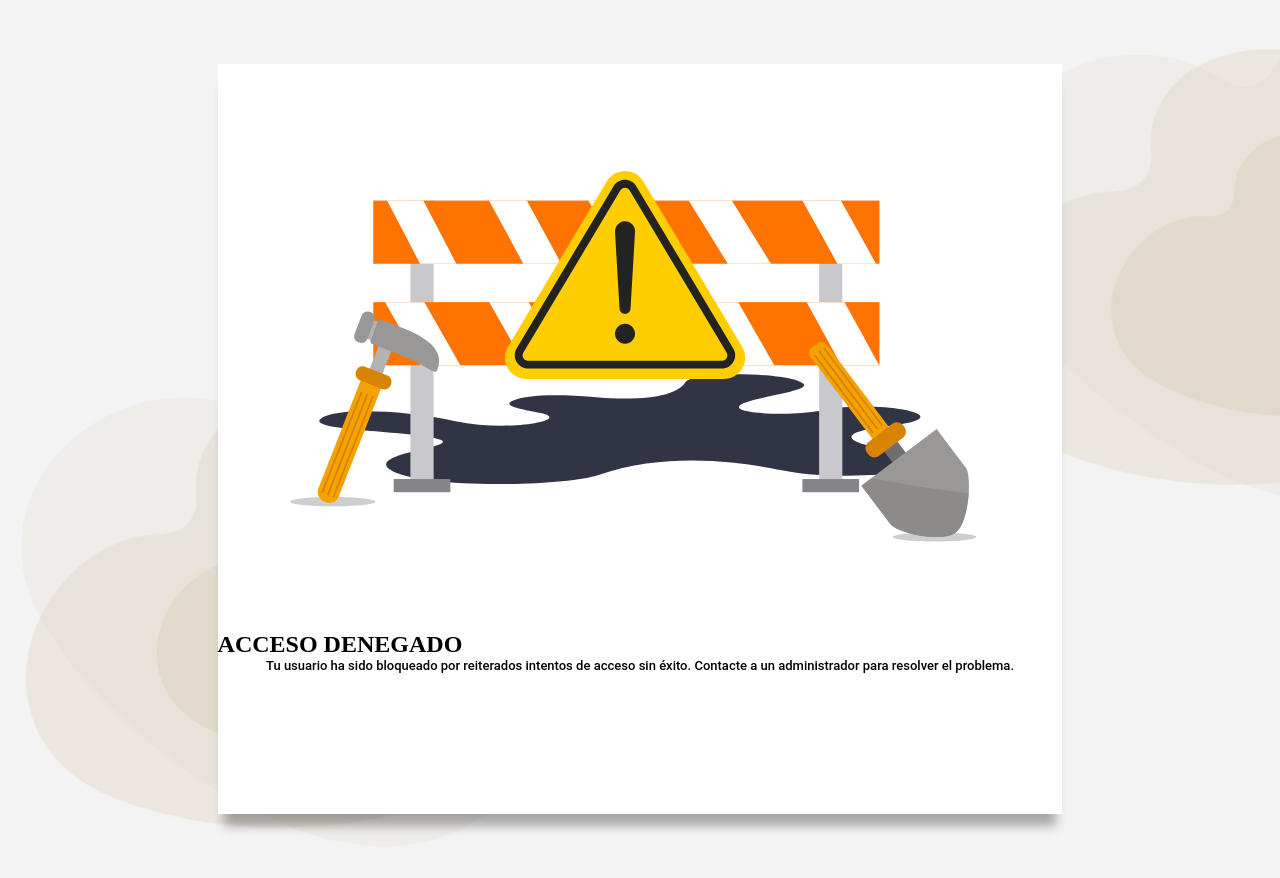
Repository: AlejandraBarrachina23/TPIntegrador_Barrachina_Java
Page: http://localhost/Alejandra_Barrachina_TP_Integrador1/error404.jsp
An editor plug-in stored every save of this project. The page is shown before and after the next save, followed by the edit.
The browser window is 1280 px wide. The pictures show the whole page.
Some web libraries are served in a nearby version. The page is served by Tomcat 9. Nobody is signed in. The application's start-up code is not run.

Above is the page before, as saved 2019-12-04 22:05:31.

After the next save:
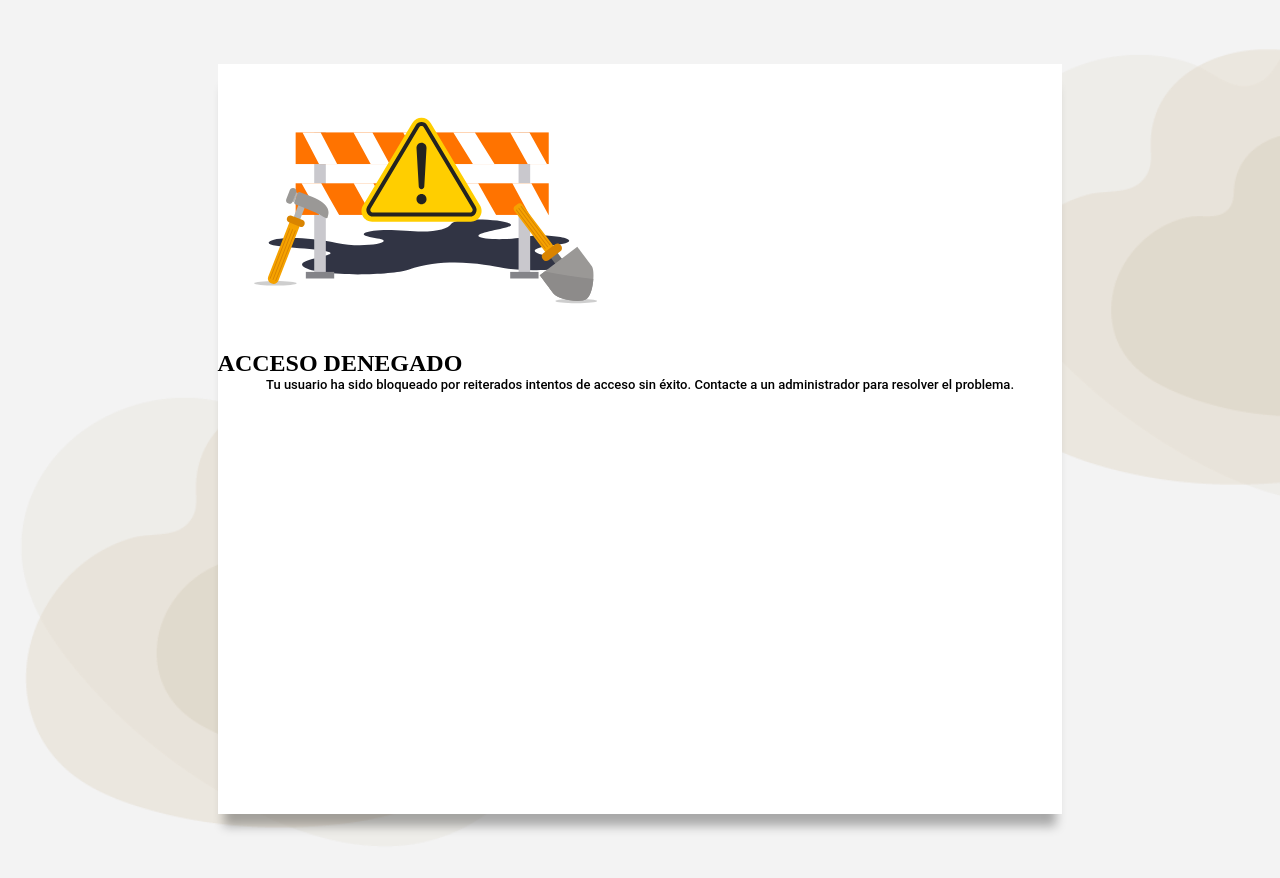
Saved 23 s later.
--- a/Alejandra_Barrachina_TP_Integrador1/WebContent/estilos.css
+++ b/Alejandra_Barrachina_TP_Integrador1/WebContent/estilos.css
@@ -28,6 +28,12 @@ body {
  	margin	: 5% 17%;
  	box-shadow: 0px 18px 10px -6px rgba(0,0,0,0.31);
  }
+
+  #error-404 img {
+
+  width:50%;
+
+  }
 
  #form-login {
 
